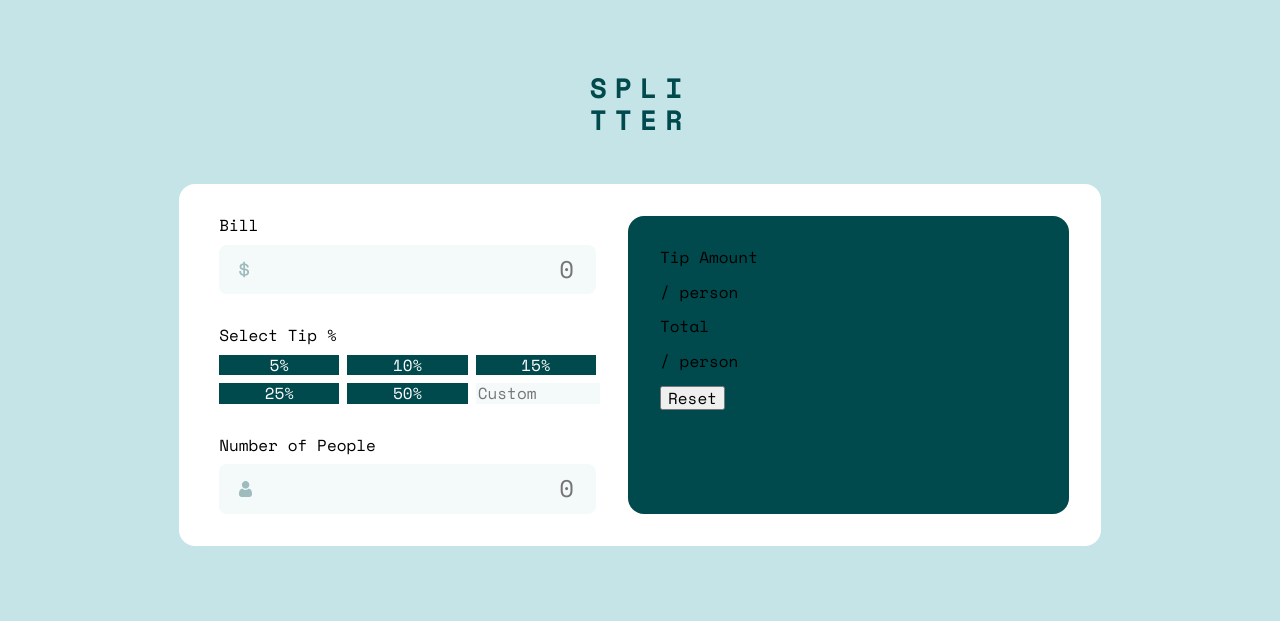
Repository: Jay-JYKim91/FM_tip-calculator
Page: index.html
An editor plug-in stored every save of this project. The page is shown before and after the next save, followed by the edit.
The browser window is 1280 px wide. The pictures show the whole page.

Above is the page before, as saved 2021-12-21 22:01:43.

After the next save:
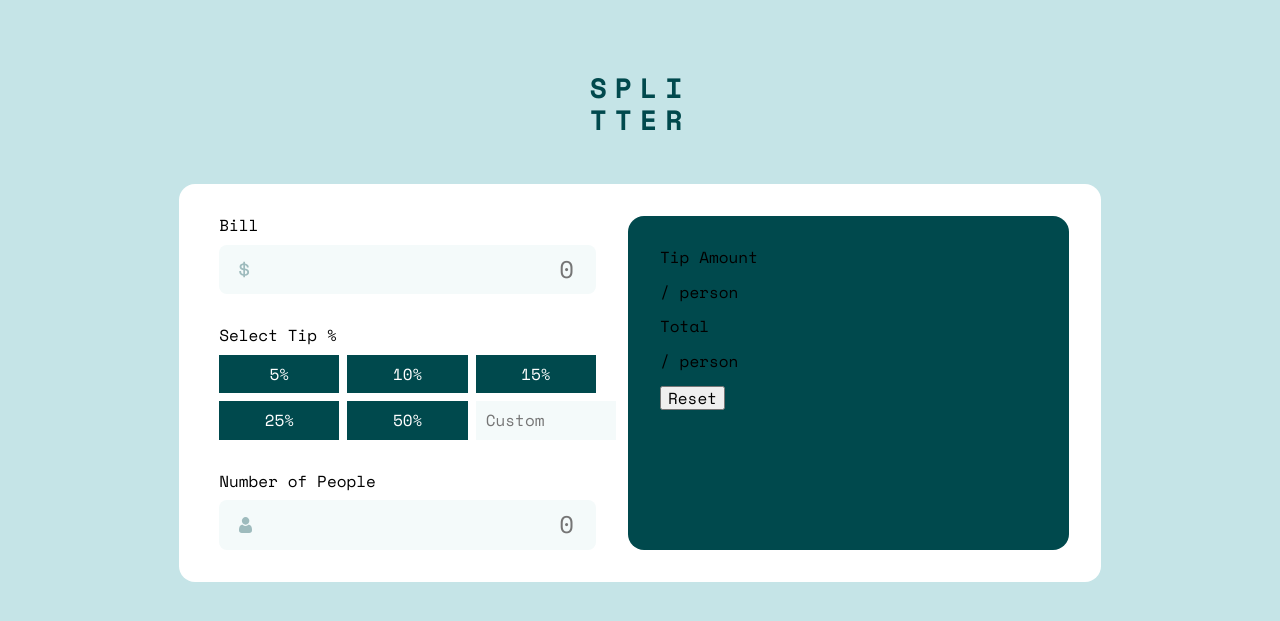
Saved 27 s later.
--- a/style.css
+++ b/style.css
@@ -51,11 +51,13 @@ body {
   background-color: var(--very-dark-cyan);
   color: var(--white);
   font-family: var(--body-font);
+  padding: 10px;
 }
 #custom_tip {
   width: 100%;
   border: none;
   background-color: var(--light-grayish-cyan2);
+  padding: 10px;
 }
 .title {
   margin: 0 0 10px 0;
